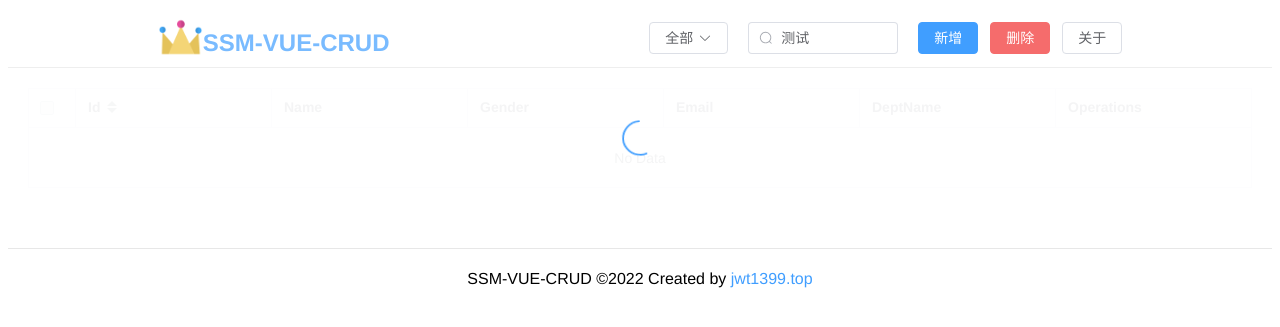
Repository: jwt1399/ssm-vue-crud
Page: / (app in ssm-crud-front/)
The author's editor kept a copy of each file at every save. The page is drawn from the files as they stood at one save, then again after the next save.
The browser window is 1280 px wide. The pictures show the whole page.
The page's requests for data from a server got no answer. The project was rebuilt for these pictures with package versions that can differ from the ones it lists, and the page was loaded fresh each time. No one was signed in, and anything a server would have sent is missing. Also part of the build but not shown: ssm-crud-front/vue.config.js.

Above is the page before, as saved 2022-06-10 23:57:59.

After the next save:
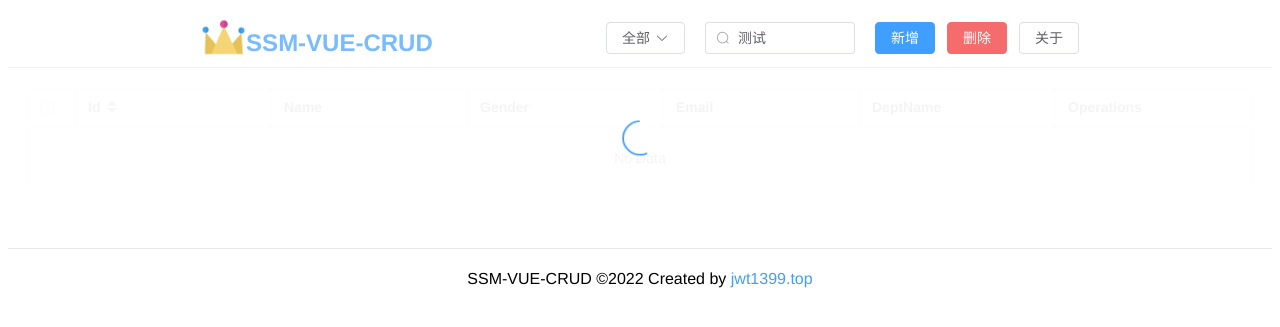
Saved 36 s later.
--- a/ssm-crud-front/src/components/Header.vue
+++ b/ssm-crud-front/src/components/Header.vue
@@ -141,7 +141,7 @@ const batchDeleteEmployee = () => {
 .header {
 	display: flex;
 	align-items: center;
-	justify-content: space-around;
+	justify-content: space-evenly;
 	width: 100%;
 	border-bottom: 1px solid #eee;
 	min-width: 800px;
